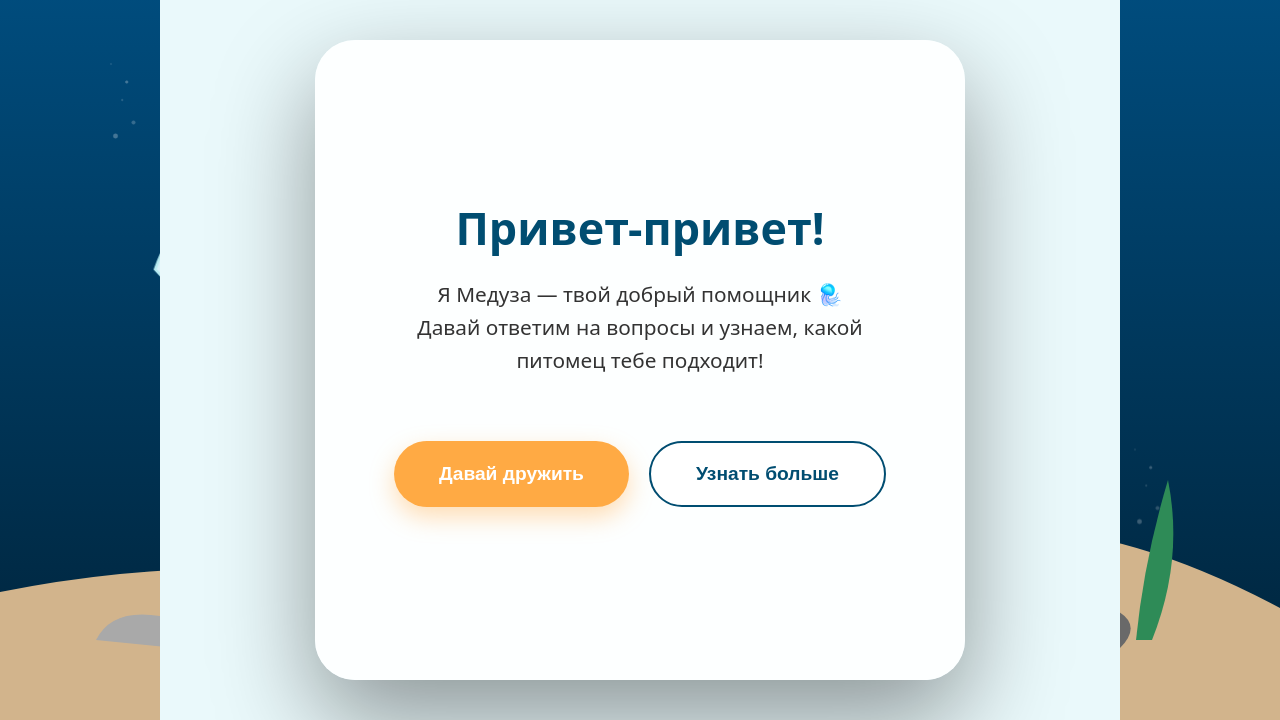
Repository: HOADF/kids-career-world
Page: index.html
An editor plug-in stored every save of this project. The page is shown before and after the next save, followed by the edit.
The browser window is 1280 px wide. The pictures show the whole page.

Above is the page before, as saved 2026-03-13 19:45:20.

### index.html
<!doctype html>
<html lang="ru">
<head>
  <meta charset="utf-8" />
  <meta name="viewport" content="width=device-width,initial-scale=1" />
  <title>Kids Career World</title>
  <link rel="stylesheet" href="style.css">
  <link rel="stylesheet" href="animations.css">
  <script type="module" src="script.js"></script>
</head>
<body>

  <div class="ocean-frame" aria-hidden="true">
    <img src="backgrounds/ocean.svg" class="layer-bg">
    <img src="backgrounds/ocean_floor.svg" class="layer-floor">

    <img src="pets/jellyfish.svg" class="jelly-svg" id="main-pet-image">

    <img src="fx/bubbles.svg" class="bubble-stream stream-1">
    <img src="fx/bubbles.svg" class="bubble-stream stream-2">
  </div>

  <main class="page-root">

    <section id="welcome-card" class="welcome-card">
      <h1>Привет-привет!</h1>
      <p class="lead">
        Я Медуза — твой добрый помощник 🪼<br>
        Давай ответим на вопросы и узнаем, какой питомец тебе подходит!
      </p>
      <div class="controls" style="display: flex; gap: 20px; justify-content: center; margin-top: 40px;">
        <button id="start-quiz" class="btn-primary">Давай дружить</button>
        <button id="learn-more" class="btn-ghost">Узнать больше</button>
      </div>
    </section>

    <section id="questions-section" class="questions-card hidden">
      <div id="progress">Вопрос <span id="q-index">1</span> из <span id="q-total">5</span></div>
      <h2 id="question-title" style="margin: 30px 0;">Загрузка...</h2>
      <div id="answers" style="display: grid; gap: 15px;"></div>
      <button id="btn-back" class="btn-ghost" style="margin-top: 30px;">◀ Назад</button>
    </section>

  </main>

</body>
</html>

### style.css
/* Главный файл стилей — "Оглавление" */
@import url('base.css');
@import url('components.css');
@import url('animations.css');
@import url('games-list.css');

### animations.css
/* 1. ОБЩИЙ ФОН НА ВЕСЬ ЭКРАН */
.ocean-frame {
  position: fixed; /* Фиксирует фон относительно окна */
  top: 0;
  left: 0;
  width: 100vw;
  height: 100vh;
  z-index: -1;    /* Всегда в самом низу */
  overflow: hidden;
  background: #004d71;
}

/* Растягиваем картинки фона на весь экран */
.layer-bg, .layer-floor {
  position: absolute;
  width: 100%;
  height: 100%;
  object-fit: cover;
}

.layer-floor {
  bottom: 0;
  height: auto;
  min-height: 25%;
  z-index: 2;
}

/* МЕДУЗА (ПЛАВАЕТ В ОКЕАНЕ, А НЕ В КАРТОЧКЕ) */
.jelly-svg {
  position: absolute;
  left: 10%;
  top: 25%;
  width: 220px;
  z-index: 3;
  animation: petFloat 6s ease-in-out infinite;
}

@keyframes petFloat {
  0%, 100% { transform: translateY(0) rotate(-3deg); }
  50% { transform: translateY(-40px) rotate(3deg); }
}

/* ПУЗЫРЬКИ (ПО ВСЕМУ ЭКРАНУ) */
.bubble-stream {
  position: absolute;
  bottom: -100px;
  width: 45px;
  opacity: 0.4;
  z-index: 4;
}
.stream-1 { left: 8%; animation: rise 9s infinite; }
.stream-2 { left: 88%; animation: rise 13s infinite 2s; }

@keyframes rise {
  0% { transform: translateY(0); opacity: 0; }
  50% { opacity: 0.6; }
  100% { transform: translateY(-110vh); opacity: 0; }
}

/* 2. ИНТЕРФЕЙС ПОВЕРХ ФОНА */
.page-root {
  display: flex;
  justify-content: center;
  align-items: center;
  min-height: 100vh;
  padding: 40px;
}

.welcome-card, .questions-card, .result-card {
  position: relative;
  background: rgba(255, 255, 255, 0.9); /* Полупрозрачное стекло */
  backdrop-filter: blur(8px);
  border-radius: 40px;
  padding: 60px;
  max-width: 650px;
  width: 100%;
  text-align: center;
  box-shadow: 0 40px 100px rgba(0,0,0,0.4);
  z-index: 10;
}

h1 { color: #004d71; font-size: 2.8rem; margin-bottom: 20px; }
.lead { color: #333; font-size: 1.3rem; line-height: 1.6; }

/* КНОПКИ */
.btn-primary {
  background: #ffaa44;
  color: white;
  border: none;
  padding: 20px 45px;
  border-radius: 60px;
  font-weight: bold;
  font-size: 1.2rem;
  cursor: pointer;
  box-shadow: 0 10px 25px rgba(255, 170, 68, 0.4);
}

.btn-ghost {
  background: white;
  color: #004d71;
  border: 2px solid #004d71;
  padding: 20px 45px;
  border-radius: 60px;
  font-weight: bold;
  font-size: 1.2rem;
}

.hidden { display: none !important; }

### script.js
import { petAssets } from './config.js';
import { QuizManager } from './quiz.js';

document.addEventListener('DOMContentLoaded', () => {
    const quiz = new QuizManager();

    // Элементы интерфейса
    const welcomeCard = document.getElementById('welcome-card');
    const questionsSection = document.getElementById('questions-section');
    const resultSection = document.getElementById('result-section');
    const petRoom = document.getElementById('pet-room');

    // Кнопки
    const startBtn = document.getElementById('start-quiz');
    const btnRestart = document.getElementById('restart');
    const btnContinue = document.getElementById('continue');
    const btnBack = document.getElementById('btn-back');

    // Поля теста
    const qTitle = document.getElementById('question-title');
    const qAnswers = document.getElementById('answers');
    const qIndexEl = document.getElementById('q-index');
    const qTotalEl = document.getElementById('q-total');

    // Поля результата
    const resultPet = document.getElementById('result-pet');
    const resultGames = document.getElementById('result-games');
    const resultTitle = document.getElementById('result-title');

    // Слои мира (динамический фон)
    const bgImg = document.getElementById('bg-img');
    const floorImg = document.getElementById('floor-img');
    const mainPetImg = document.getElementById('pet-img');

    // 1. ПРОВЕРКА ВХОДА
    if (localStorage.getItem('childName') && petRoom) {
        welcomeCard?.classList.add('hidden');
        petRoom.classList.remove('hidden');
    }

    // 2. СБОРКА SVG ПИТОМЦА
    function assemblePet(type, markType = 'heart') {
        const body = petAssets.bodies[type] || petAssets.bodies['artist'];
        const mark = petAssets.marks[markType] || "";
        return `
        <svg viewBox="0 0 200 200" style="width:100%; height:100%;">
          ${body}
          <g class="accessory-layer">${mark}</g>
        </svg>`;
    }

    // 3. ОБНОВЛЕНИЕ ВИЗУАЛА МИРА
    function updateWorld(worldData, petType) {
        if (!worldData) return;

        // Плавная смена через прозрачность (если добавить transition в CSS)
        if (bgImg) bgImg.src = worldData.bg;
        if (floorImg) floorImg.src = worldData.floor;

        // Меняем главного персонажа на фоне
        if (mainPetImg) {
            mainPetImg.src = `pets/${petType}.svg`;
            // Если используешь SVG сборку для фона:
            // mainPetImg.parentElement.innerHTML = assemblePet(petType);
        }
    }

    // 4. ОТОБРАЖЕНИЕ ВОПРОСА
    function renderQuestion() {
        const q = quiz.getCurrentQuestion();
        const progress = quiz.getProgress();

        qIndexEl.textContent = progress.current;
        qTotalEl.textContent = progress.total;
        qTitle.textContent = q.text;
        qAnswers.innerHTML = '';

        q.answers.forEach(ans => {
            const btn = document.createElement('button');
            btn.className = 'answer-btn btn-primary'; // Используем наши новые стили
            btn.style.margin = "5px";
            btn.textContent = ans.text;

            btn.onclick = () => {
                const step = quiz.nextQuestion(ans.type);
                if (step.finished) {
                    showResult(step.result);
                } else {
                    renderQuestion();
                }
            };
            qAnswers.appendChild(btn);
        });

        if (btnBack) btnBack.disabled = progress.current === 1;
    }

    function showResult(result) {
        questionsSection.classList.add('hidden');
        resultSection.classList.remove('hidden');

        // Меняем фон и персонажа под результат
        updateWorld(result.data.world, result.type);

        resultTitle.textContent = `Твой друг: ${result.data.pet}`;
        resultPet.innerHTML = assemblePet(result.type, 'heart');
        resultGames.textContent = result.data.games;
    }

    // 5. СОБЫТИЯ
    startBtn?.addEventListener('click', () => {
        welcomeCard.classList.add('hidden');
        questionsSection.classList.remove('hidden');
        renderQuestion();
    });

    btnBack?.addEventListener('click', () => {
        if (quiz.prevQuestion()) renderQuestion();
    });

    btnRestart?.addEventListener('click', () => {
        quiz.reset();
        resultSection.classList.add('hidden');
        welcomeCard.classList.remove('hidden');
        // Возвращаем стандартный фон океана
        if (bgImg) bgImg.src = 'backgrounds/ocean.svg';
        if (floorImg) floorImg.src = 'backgrounds/ocean_floor.svg';
    });

    btnContinue?.addEventListener('click', () => {
        localStorage.setItem('childName', 'Друг');
        location.reload();
    });
});

### base.css
/* ---------- Базовые стили ---------- */
:root {
  --color-bg: #eaf9fb;
  --color-accent: #ffb44a;
  --color-text: #023436;
  --color-subtle: #0b6b6f;
  --color-white: #ffffff;
  --transition-fast: 0.3s ease;
  --transition-slow: 0.6s ease;
}

* {
  box-sizing: border-box;
  margin: 0;
  padding: 0;
}

html, body {
  width: 100%;
  height: 100%;
  font-family: system-ui, "Segoe UI", Roboto, sans-serif;
  color: var(--color-text);
  background-color: var(--color-bg);
  overflow-x: hidden;
}

.hidden {
  display: none !important;
}

.background-decor {
  position: fixed;
  top: 0;
  left: 0;
  width: 100%;
  height: 100%;
  background: linear-gradient(180deg, #eaf9fb 0%, #f8ffff 100%);
  z-index: -1;
}

.page-root {
  display: flex;
  flex-direction: column;
  align-items: center;
  justify-content: center;
  padding: 2rem;
  min-height: 100vh;
}

/* 📱 АДАПТИВНОСТЬ ПОД УСТРОЙСТВА */
@media (max-width: 700px) {
  .welcome-card { padding: 1.5rem; }
  .welcome-inner { flex-direction: column; text-align: center; }
  .controls { justify-content: center; }
}

@media (max-width: 480px) {
  body { font-size: 14px; padding: 0.5rem; }
  .welcome-card, .questions-card, .result-card { padding: 1rem; border-radius: 1rem; }
  .welcome-card h1 { font-size: 1.4rem; line-height: 1.4; }
  .welcome-text p { font-size: 0.95rem; }
  .controls { flex-direction: column; gap: 0.75rem; }
  button { width: 100%; font-size: 1rem; padding: 0.8rem; }
  .pet-visual { width: 120px; height: 120px; }
}

@media (min-width: 481px) and (max-width: 768px) {
  body { font-size: 16px; padding: 1rem; }
  .welcome-card, .questions-card, .result-card { padding: 1.5rem; }
  .welcome-card h1 { font-size: 1.8rem; }
  .welcome-text p { font-size: 1rem; }
  button { font-size: 1rem; padding: 0.9rem 1.2rem; }
  .pet-visual { width: 150px; height: 150px; }
}

@media (min-width: 769px) and (max-width: 1200px) {
  body { font-size: 18px; padding: 1.5rem; }
  .welcome-card, .questions-card, .result-card { padding: 2rem; }
  .welcome-card h1 { font-size: 2rem; }
  .pet-visual { width: 180px; height: 180px; }
}

@media (min-width: 1201px) {
  body { font-size: 20px; max-width: 960px; margin: 0 auto; }
  .welcome-card, .questions-card, .result-card { border-radius: 2rem; }
  .pet-visual { width: 200px; height: 200px; }
}

### components.css
/* ---------- Карточки и Кнопки ---------- */
.welcome-card,
.questions-card,
.result-card {
  background: var(--color-white);
  border-radius: 24px;
  box-shadow: 0 6px 20px rgba(0, 0, 0, 0.08);
  max-width: 900px;
  width: 100%;
  padding: 2rem 3rem;
  display: flex;
  flex-direction: column;
  justify-content: center;
  animation: fadeIn var(--transition-slow);
}

.welcome-inner { display: flex; align-items: center; gap: 2rem; flex-wrap: wrap; justify-content: center; }
.welcome-text { flex: 1 1 400px; text-align: left; }

h1, h2 { font-weight: 700; color: var(--color-subtle); margin-bottom: 1rem; }
.lead { font-size: 1.1rem; line-height: 1.6; margin-bottom: 1.5rem; }

.controls { display: flex; gap: 1rem; flex-wrap: wrap; margin-bottom: 1rem; }

.btn-primary, .btn-ghost {
  font-size: 1rem; border-radius: 12px; padding: 0.8rem 1.6rem;
  cursor: pointer; transition: all var(--transition-fast); border: none;
}
.btn-primary { background: var(--color-accent); color: var(--color-white); }
.btn-primary:hover { background: #ff9f1a; transform: translateY(-2px); }
.btn-ghost { background: transparent; color: var(--color-subtle); border: 2px solid var(--color-subtle); }
.btn-ghost:hover { background: var(--color-subtle); color: var(--white); transform: translateY(-2px); }

.small { padding: 0.5rem 1rem; font-size: 0.9rem; }
.meta-note { font-size: 0.9rem; color: #555; opacity: 0.8; }

/* ---------- Опрос и Результат ---------- */
.questions-inner, .result-inner { display: flex; flex-direction: column; align-items: center; gap: 1rem; }
.progress { font-size: 0.95rem; color: #666; }
.question-title { font-size: 1.2rem; text-align: center; margin-bottom: 1rem; }

.answers { display: flex; flex-direction: column; gap: 0.8rem; width: 100%; max-width: 600px; }
.answers button {
  background: var(--color-bg); border: 2px solid transparent; border-radius: 12px;
  padding: 0.8rem 1.2rem; text-align: left; transition: all var(--transition-fast); font-size: 1rem;
}
.answers button:hover { border-color: var(--color-accent); background: #fff8f0; transform: translateY(-1px); }
.answers button.selected { border-color: var(--color-accent); background: #fff1de; }

.nav-row, .result-controls { display: flex; justify-content: space-between; width: 100%; max-width: 600px; margin-top: 1rem; }
.result-pet { margin-top: 1rem; font-size: 1.1rem; }
.result-games { font-size: 1rem; color: #333; }

### games-list.css
.games-container {
  display: flex;
  flex-wrap: wrap;
  gap: 16px;
  justify-content: center;
}

.game-card {
  width: 220px;
  background: #fff;
  border-radius: 14px;
  padding: 12px;
  box-shadow: 0 6px 14px rgba(0,0,0,0.1);
  text-align: center;
}

.game-card img {
  width: 100%;
  border-radius: 10px;
}

.play-btn {
  display: inline-block;
  margin-top: 8px;
  background: #4fc3f7;
  color: #fff;
  padding: 8px 12px;
  border-radius: 8px;
  text-decoration: none;
  font-weight: bold;
}

.play-btn:hover {
  transform: translateY(-2px);
}

.level {
  color: #555;
  font-size: 14px;
  margin-top: 4px;
}

.main-layout {
  display: flex;
  justify-content: space-between;
  align-items: flex-start;
  gap: 32px;
  max-width: 1200px;
  margin: 0 auto;
  padding: 20px;
}

.welcome-card {
  flex: 1 1 50%;
  min-width: 400px;
}

.games-panel {
  flex: 1 1 50%;
  min-width: 400px;
}

.games-container {
  display: flex;
  flex-wrap: wrap;
  gap: 16px;
  justify-content: center;
}

.game-card {
  width: 200px;
  background: #fff;
  border-radius: 14px;
  padding: 12px;
  box-shadow: 0 6px 14px rgba(0,0,0,0.1);
  text-align: center;
}

### quiz.js
import { questions, results } from './config.js';

export class QuizManager {
    constructor() {
        this.currentQuestion = 0;
        this.answersGiven = [];
    }

    getCurrentQuestion() {
        return questions[this.currentQuestion];
    }

    nextQuestion(answerType) {
        this.answersGiven[this.currentQuestion] = answerType;
        if (this.currentQuestion < questions.length - 1) {
            this.currentQuestion++;
            return { finished: false };
        }
        return { finished: true, result: this.calculateResult() };
    }

    prevQuestion() {
        if (this.currentQuestion > 0) {
            this.currentQuestion--;
            return true;
        }
        return false;
    }

    calculateResult() {
        const counts = {};
        this.answersGiven.forEach(t => counts[t] = (counts[t] || 0) + 1);
        const topType = Object.keys(counts).reduce((a, b) => counts[a] > counts[b] ? a : b);
        return { type: topType, data: results[topType] };
    }

    reset() {
        this.currentQuestion = 0;
        this.answersGiven = [];
    }

    getProgress() {
        return {
            current: this.currentQuestion + 1,
            total: questions.length
        };
    }
}

Loaded but not shown: pets/jellyfish.svg (23 lines, source omitted); backgrounds/ocean_floor.svg (30 lines, source omitted); backgrounds/ocean.svg (17 lines, source omitted); fx/bubbles.svg (10 lines, source omitted); config.js (176 lines, source omitted)

After the next save:
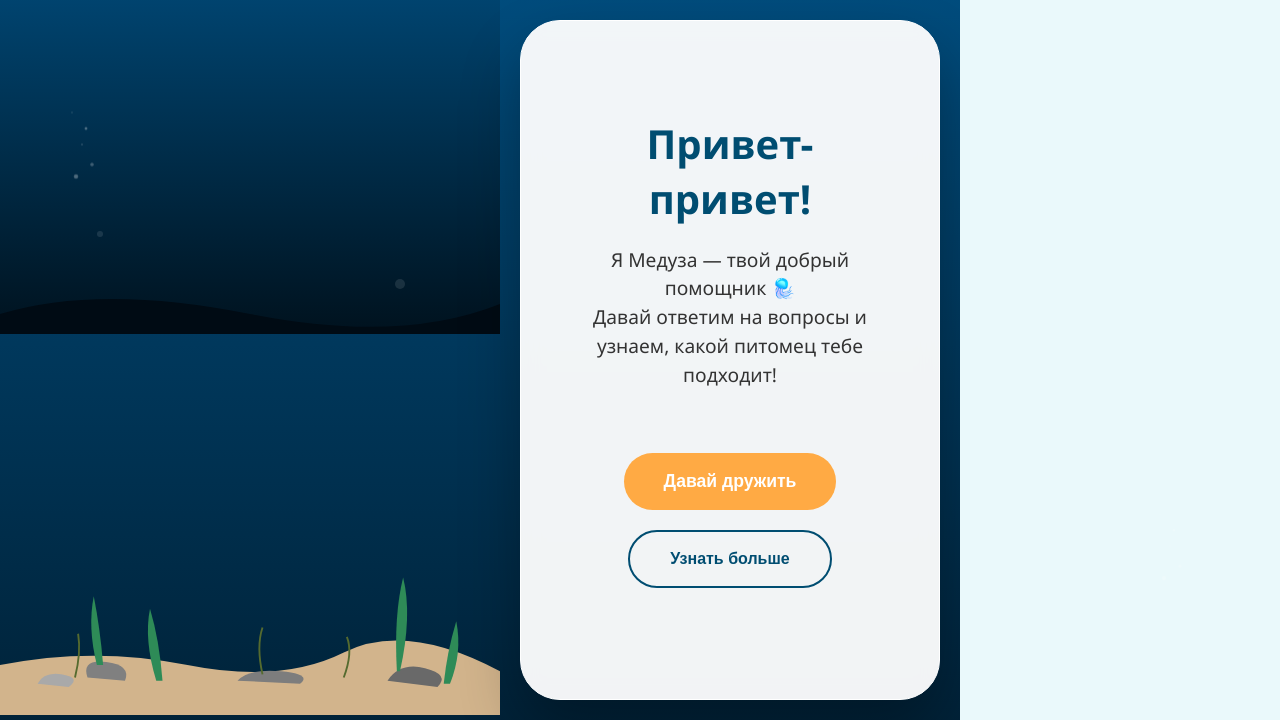
Saved 2 min 13 s later.
--- a/animations.css
+++ b/animations.css
@@ -1,55 +1,56 @@
-/* 1. ОБЩИЙ ФОН НА ВЕСЬ ЭКРАН */
-.ocean-frame {
-  position: fixed; /* Фиксирует фон относительно окна */
-  top: 0;
-  left: 0;
+/* ОБЩИЙ ФОН ДЛЯ ВСЕГО САЙТА */
+body {
+  margin: 0;
+  padding: 0;
   width: 100vw;
   height: 100vh;
-  z-index: -1;    /* Всегда в самом низу */
-  overflow: hidden;
-  background: #004d71;
+  overflow: hidden; /* Чтобы не было полос прокрутки */
+  font-family: 'Segoe UI', sans-serif;
+
+  /* Ставим картинку океана фоном всего документа */
+  background: url('backgrounds/ocean.svg') no-repeat center center fixed;
+  background-size: cover;
+  display: flex;
+  justify-content: center;
+  align-items: center;
 }
 
-/* Растягиваем картинки фона на весь экран */
-.layer-bg, .layer-floor {
-  position: absolute;
+/* ДНО ОКЕАНА (фиксируем снизу) */
+.ocean-floor-global {
+  position: fixed;
+  bottom: 0;
+  left: 0;
   width: 100%;
-  height: 100%;
-  object-fit: cover;
+  height: auto;
+  pointer-events: none;
+  z-index: 1;
 }
 
-.layer-floor {
-  bottom: 0;
-  height: auto;
-  min-height: 25%;
+/* МЕДУЗА (плавает за карточкой) */
+.jelly-global {
+  position: fixed;
+  left: 10%;
+  top: 20%;
+  width: 200px;
   z-index: 2;
-}
-
-/* МЕДУЗА (ПЛАВАЕТ В ОКЕАНЕ, А НЕ В КАРТОЧКЕ) */
-.jelly-svg {
-  position: absolute;
-  left: 10%;
-  top: 25%;
-  width: 220px;
-  z-index: 3;
   animation: petFloat 6s ease-in-out infinite;
 }
 
 @keyframes petFloat {
-  0%, 100% { transform: translateY(0) rotate(-3deg); }
-  50% { transform: translateY(-40px) rotate(3deg); }
+  0%, 100% { transform: translateY(0) rotate(-2deg); }
+  50% { transform: translateY(-30px) rotate(2deg); }
 }
 
-/* ПУЗЫРЬКИ (ПО ВСЕМУ ЭКРАНУ) */
+/* ПУЗЫРЬКИ (на весь экран) */
 .bubble-stream {
-  position: absolute;
+  position: fixed;
   bottom: -100px;
-  width: 45px;
+  width: 40px;
   opacity: 0.4;
-  z-index: 4;
+  z-index: 3;
 }
-.stream-1 { left: 8%; animation: rise 9s infinite; }
-.stream-2 { left: 88%; animation: rise 13s infinite 2s; }
+.stream-1 { left: 5%; animation: rise 10s infinite; }
+.stream-2 { left: 90%; animation: rise 15s infinite 2s; }
 
 @keyframes rise {
   0% { transform: translateY(0); opacity: 0; }
@@ -57,52 +58,46 @@
   100% { transform: translateY(-110vh); opacity: 0; }
 }
 
-/* 2. ИНТЕРФЕЙС ПОВЕРХ ФОНА */
+/* СТЕКЛЯННАЯ КАРТОЧКА */
 .page-root {
-  display: flex;
-  justify-content: center;
-  align-items: center;
-  min-height: 100vh;
-  padding: 40px;
+  position: relative;
+  z-index: 10; /* Карточка всегда поверх фона */
+  width: 100%;
+  max-width: 600px;
+  padding: 20px;
 }
 
 .welcome-card, .questions-card, .result-card {
-  position: relative;
-  background: rgba(255, 255, 255, 0.9); /* Полупрозрачное стекло */
-  backdrop-filter: blur(8px);
+  background: rgba(255, 255, 255, 0.95); /* Почти белая, но чуть прозрачная */
+  backdrop-filter: blur(10px);
   border-radius: 40px;
-  padding: 60px;
-  max-width: 650px;
-  width: 100%;
+  padding: 50px;
   text-align: center;
-  box-shadow: 0 40px 100px rgba(0,0,0,0.4);
-  z-index: 10;
+  box-shadow: 0 30px 60px rgba(0,0,0,0.3);
+  border: 1px solid white;
 }
 
-h1 { color: #004d71; font-size: 2.8rem; margin-bottom: 20px; }
-.lead { color: #333; font-size: 1.3rem; line-height: 1.6; }
+h1 { color: #004d71; font-size: 2.5rem; margin: 0 0 20px; }
+.lead { color: #333; font-size: 1.2rem; line-height: 1.5; }
 
-/* КНОПКИ */
 .btn-primary {
   background: #ffaa44;
   color: white;
   border: none;
-  padding: 20px 45px;
-  border-radius: 60px;
+  padding: 18px 40px;
+  border-radius: 50px;
   font-weight: bold;
-  font-size: 1.2rem;
   cursor: pointer;
-  box-shadow: 0 10px 25px rgba(255, 170, 68, 0.4);
+  font-size: 1.1rem;
 }
 
 .btn-ghost {
-  background: white;
+  background: transparent;
   color: #004d71;
   border: 2px solid #004d71;
-  padding: 20px 45px;
-  border-radius: 60px;
+  padding: 18px 40px;
+  border-radius: 50px;
   font-weight: bold;
-  font-size: 1.2rem;
 }
 
 .hidden { display: none !important; }
